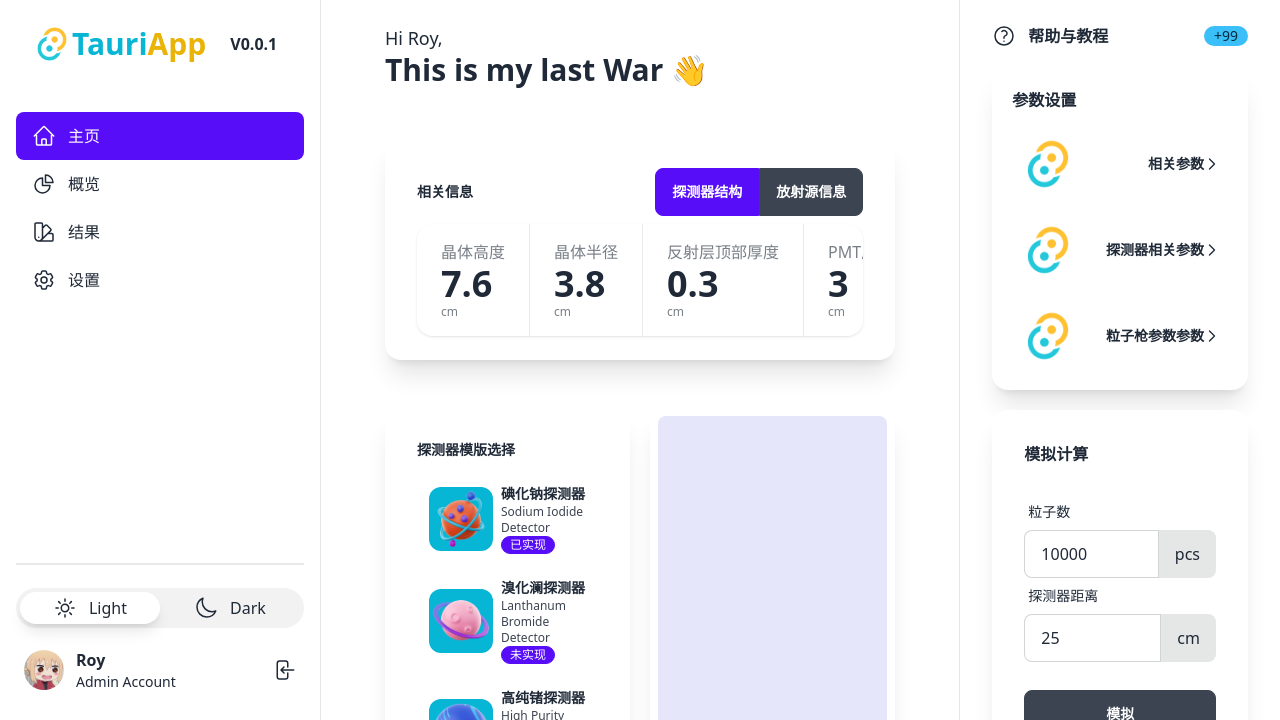
Repository: XMZOVO/tauri-geant4
Page: /
The author's editor kept a copy of each file at every save. The page is drawn from the files as they stood at one save, then again after a run of saves.
The browser window is 1280 px wide. The pictures show the whole page.
The page's requests for data from a server got no answer. An inner scrolling area shows only its first screen. The project was rebuilt for these pictures with package versions that can differ from the ones it lists, and the page was loaded fresh each time. No one was signed in, and anything a server would have sent is missing. Also part of the build but not shown: vite.config.ts.

Above is the page before, as saved 2022-09-11 20:09:07.

### src/main.ts
import { createApp } from "vue";
import App from "./App.vue";
import "./index.css";
import { Router } from "./router";
import { createPinia } from "pinia";

const pinia = createPinia();

createApp(App).use(pinia).use(Router).mount("#app");

### src/router/index.ts
import { createRouter, createWebHistory } from "vue-router";

const routes = [
  {
    path: "",
    component: () => import("../components/MainWindow.vue"),
    children: [
      {
        path: "",
        component: () => import("../components/Home.vue"),
      },
      {
        path: "Setting",
        component: () => import("../components/Setting.vue"),
      },
      {
        path: "Results",
        component: () => import("../components/Results.vue"),
      },
      {
        path: "Overview",
        component: () => import("../components/Overview.vue"),
      },
      // {
      //   path: "Plan",
      //   component: () => import("../components/Plan.vue"),
      // },
    ],
  },
];

export const Router = createRouter({
  scrollBehavior: () => ({ left: 0, top: 0 }),
  history: createWebHistory(),
  routes,
});

### src/components/Home.vue
<script setup lang="ts">
import { ref, onMounted } from "vue";
import { invoke } from "@tauri-apps/api/tauri";
import { useRouter, onBeforeRouteLeave, onBeforeRouteUpdate } from "vue-router";
import path from "path";
import { exit } from "@tauri-apps/api/process";
import { fetch } from "@tauri-apps/api/http";

const router = useRouter();
const greetMsg = ref("");
const name = ref("");
let specFile = ref("");
let JSRootPath = ref("/JsRoot720/");
const btnWait = ref("");
const activeDetector = ref(0);

let detectorSrc = ref(
  JSRootPath.value +
    "index.htm?nobrowser&file=http://localhost:8080/file/G4Backend/build/rootFiles/test.root&item=Default;1&opt=ssao;transp60"
);

const parametersNames = ref([
  { name: "探测器结构", checked: true },
  { name: "放射源信息", checked: false },
]);
const selectedName = ref("钻井液性能");
const detectorProperties = ref([
  { name: "晶体高度", value: 7.6, unit: "cm" },
  { name: "晶体半径", value: 3.8, unit: "cm" },
  { name: "反射层顶部厚度", value: "0.3", unit: "cm" },
  { name: "PMT厚度", value: 3, unit: "cm" },
]);
const radioactiveProperties = ref([
  { name: "放射性同位素", value: "Co60", unit: "" },
  { name: "3", value: 20, unit: "" },
  { name: "4", value: 0.02, unit: "" },
  { name: "5", value: 10, unit: "" },
]);
const detectorList = ref([
  {
    name: "碘化钠探测器",
    percent: 40,
    description: "Sodium Iodide Detector",
    img: "NaI.png",
  },
  {
    name: "溴化澜探测器",
    percent: 100,
    description: "Lanthanum Bromide Detector",
    img: "LB.png",
  },
  {
    name: "高纯锗探测器",
    percent: 60,
    description: "High Purity Germanium Detector",
    img: "HPGe.png",
  },
]);
const paticleParameters = ref([
  { name: "粒子数", value: 10000, unit: "pcs" },
  { name: "探测器距离", value: 25, unit: "cm" },
]);

async function greet() {
  greetMsg.value = await invoke("greet", { name: name.value });
}

onMounted(async () => {});

const parametersInfoChanged = (name: String) => {
  if (name == "探测器结构") {
    parametersNames.value[0].checked = true;
    parametersNames.value[1].checked = false;
  } else {
    parametersNames.value[0].checked = false;
    parametersNames.value[1].checked = true;
  }
};

const executeCalculate = async () => {
  if (paticleParameters.value[0].value > 10000000) {
    alert("粒子数过大");
    return;
  }
  btnWait.value = "loading";
  const response = await fetch("http://localhost:8080/g4", {
    method: "POST",
    query: {
      ch: detectorProperties.value[0].value.toString(),
      cr: detectorProperties.value[1].value.toString(),
      rtt: detectorProperties.value[2].value.toString(),
      num: paticleParameters.value[0].value.toString(),
    },
  }).then((res) => {
    btnWait.value = "";
    router.push({ path: "/Overview" });
  });
};

const refreshDetector = async () => {
  detectorSrc.value = " ";
  await fetch("http://localhost:8080/gdml", {
    method: "GET",
    query: {
      ch: detectorProperties.value[0].value.toString(),
      cr: detectorProperties.value[1].value.toString(),
      rtt: detectorProperties.value[2].value.toString(),
      pmt: detectorProperties.value[3].value.toString(),
    },
  }).then(() => {
    // let iframe: any = document.getElementById("iframe");
    // iframe.contentWindow.location.reload(true);
    detectorSrc.value =
      JSRootPath.value +
      "index.htm?nobrowser&file=http://localhost:8080/file/G4Backend/build/rootFiles/wtest.root&item=Default;1&opt=ssao;transp60";
  });
};

const exitApp = async () => {
  await exit(1);
};
</script>

<template>
  <!-- <div class="card">
    <input id="greet-input" v-model="name" placeholder="Enter a name..." />
    <button type="button" @click="greet()">Greet</button>
  </div>

  <p>{{ greetMsg }}</p> -->

  <div class="flex h-full w-full">
    <div class="w-2/3 space-y-12 border-r border-base-300 py-6 px-16">
      <div class="h-auto">
        <span class="block text-lg font-normal">Hi Roy,</span>
        <span class="block text-3xl font-bold"
          >This is my last War &#128075;</span
        >
      </div>
      <div class="card h-2/6 w-full shadow-xl">
        <div class="card-body justify-between">
          <div class="flex justify-between">
            <p class="card-title text-sm">相关信息</p>
            <!-- 选择框 -->
            <!-- <div class="form-control w-1/3 max-w-xs">
              <select
                class="select select-bordered focus:outline-none"
                @change="parametersInfoChanged($event)"
              >
                <option v-for="item in parametersNames">{{ item }}</option>
              </select>
            </div> -->
            <div class="btn-group">
              <input
                v-for="item in parametersNames"
                type="radio"
                name="options"
                :data-title="item.name"
                class="btn"
                :checked="item.checked"
                @change="parametersInfoChanged(item.name)"
              />
            </div>
          </div>
          <!-- 统计信息 -->
          <div
            class="stats stats-vertical overflow-hidden shadow lg:stats-horizontal"
          >
            <div
              class="stat"
              v-if="parametersNames[0].checked"
              v-for="item in detectorProperties"
            >
              <div class="stat-title">{{ item.name }}</div>
              <div class="stat-value">{{ item.value }}</div>
              <div class="stat-desc">{{ item.unit }}</div>
            </div>
            <div
              class="stat"
              v-if="parametersNames[1].checked"
              v-for="item in radioactiveProperties"
            >
              <div class="stat-title">{{ item.name }}</div>
              <div class="stat-value">{{ item.value }}</div>
              <div class="stat-desc">{{ item.unit }}</div>
            </div>
          </div>
        </div>
      </div>
      <!-- 底部双卡片 -->
      <div class="flex h-3/6 space-x-5">
        <!-- 1 -->
        <div class="card w-1/2 bg-base-100 shadow-xl">
          <div class="card-body gap-3">
            <p class="text-sm font-semibold">探测器模版选择</p>
            <!-- item -->
            <div class="flex h-full flex-col justify-between">
              <div
                v-for="(item, index) in detectorList"
                class="flex cursor-pointer items-center justify-between rounded-xl py-3 px-3 hover:bg-base-300"
              >
                <div class="flex items-center gap-2">
                  <img
                    :src="`/src/assets/${item.img}`"
                    class="h-16 w-16 rounded-xl bg-cyan-500 p-1"
                  />
                  <div class="flex flex-col">
                    <p class="text-sm font-semibold">{{ item.name }}</p>
                    <p class="text-xs text-neutral">
                      {{ item.description }}
                    </p>
                    <div class="badge badge-primary badge-xs p-2">
                      {{ index == 0 ? "已实现" : "未实现" }}
                    </div>
                  </div>
                </div>
                <!-- <div
                  class="radial-progress text-xs text-primary"
                  :style="
                    '--value: ' +
                    item.percent +
                    '; --size: 3.5rem; --thickness: 6px'
                  "
                >
                  {{ item.percent }}%
                </div> -->
              </div>
            </div>
            <btn class="btn rounded-xl"> 更多模版</btn>
          </div>
        </div>
        <!-- 2 -->
        <div class="card w-1/2 bg-base-100 shadow-xl">
          <div class="card-body p-2">
            <iframe
              :src="detectorSrc"
              frameborder="0"
              class="h-full w-full rounded-lg"
            ></iframe>
            <!-- <div class="h-full w-full bg-black" id="drawing"></div> -->
          </div>
        </div>
      </div>
    </div>

    <!-- 右侧 -->
    <div class="w-1/3 flex-col space-y-5 px-8 pt-6">
      <!-- 帮助 -->
      <div class="flex items-center justify-between">
        <div class="flex items-center space-x-3">
          <svg
            xmlns="http://www.w3.org/2000/svg"
            fill="none"
            viewBox="0 0 24 24"
            stroke-width="1.5"
            stroke="currentColor"
            class="h-6 w-6"
          >
            <path
              stroke-linecap="round"
              stroke-linejoin="round"
              d="M9.879 7.519c1.171-1.025 3.071-1.025 4.242 0 1.172 1.025 1.172 2.687 0 3.712-.203.179-.43.326-.67.442-.745.361-1.45.999-1.45 1.827v.75M21 12a9 9 0 11-18 0 9 9 0 0118 0zm-9 5.25h.008v.008H12v-.008z"
            />
          </svg>
          <label class="font-bold">帮助与教程</label>
        </div>
        <div class="badge badge-info">+99</div>
      </div>
      <!-- 帮助 -->
      <!-- 卡1 -->
      <div class="flex space-x-5">
        <div class="card w-full overflow-visible bg-base-100 shadow-xl">
          <div class="card-body p-5">
            <div class="flex-col space-y-5">
              <p class="text-md font-bold">参数设置</p>

              <!-- 溢流物 -->
              <div class="dropdown-left dropdown w-full">
                <div
                  tabindex="0"
                  class="flex items-center justify-between rounded-xl px-2 py-1 duration-300 hover:cursor-pointer hover:bg-primary hover:text-base-100"
                >
                  <img src="../assets/icon.png" class="h-14 w-14 rounded-xl" />
                  <div class="flex items-center">
                    <p class="text-sm font-bold">相关参数</p>
                    <svg
                      xmlns="http://www.w3.org/2000/svg"
                      fill="none"
                      viewBox="0 0 24 24"
                      stroke-width="2"
                      stroke="currentColor"
                      class="h-4 w-4"
                    >
                      <path
                        stroke-linecap="round"
                        stroke-linejoin="round"
                        d="M8.25 4.5l7.5 7.5-7.5 7.5"
                      />
                    </svg>
                  </div>
                </div>
                <!-- 浮动窗口 -->
                <div
                  tabindex="0"
                  class="card dropdown-content rounded-box w-full bg-base-100 shadow"
                >
                  <div class="card-body space-y-3">
                    <p class="font-bold">设置相关参数</p>
                  </div>
                </div>
              </div>
              <!-- 溢流物 -->
              <!-- 钻井液 -->
              <div class="dropdown-left dropdown w-full">
                <div
                  tabindex="0"
                  class="flex items-center justify-between rounded-xl px-2 py-1 duration-300 hover:cursor-pointer hover:bg-primary hover:text-base-100"
                >
                  <img src="../assets/icon.png" class="h-14 w-14 rounded-xl" />
                  <div class="flex items-center">
                    <p class="text-sm font-bold">探测器相关参数</p>
                    <svg
                      xmlns="http://www.w3.org/2000/svg"
                      fill="none"
                      viewBox="0 0 24 24"
                      stroke-width="2"
                      stroke="currentColor"
                      class="h-4 w-4"
                    >
                      <path
                        stroke-linecap="round"
                        stroke-linejoin="round"
                        d="M8.25 4.5l7.5 7.5-7.5 7.5"
                      />
                    </svg>
                  </div>
                </div>
                <!-- 浮动窗口 -->
                <div
                  tabindex="0"
                  class="card dropdown-content rounded-box w-96 bg-base-100 shadow"
                >
                  <div class="card-body space-y-1">
                    <div class="flex items-center">
                      <p class="font-bold">
                        设置{{
                          activeDetector == 0 ? "碘化钠" : "高纯锗"
                        }}探测器参数
                      </p>
                      <button class="btn btn-xs" @click="refreshDetector">
                        刷新探测器模型
                      </button>
                    </div>
                    <div
                      v-for="item in detectorProperties"
                      class="form-control"
                    >
                      <label class="label">
                        <span class="label-text">{{ item.name }}</span>
                      </label>
                      <label class="input-group">
                        <input
                          type="text"
                          v-model="item.value"
                          class="input input-bordered w-3/4 focus:outline-none"
                        />
                        <span class="w-1/4">{{ item.unit }}</span>
                      </label>
                    </div>
                  </div>
                </div>
              </div>
              <!-- 钻井液 -->
              <!-- 节流压 -->
              <div class="dropdown-left dropdown w-full">
                <div
                  tabindex="0"
                  class="flex items-center justify-between rounded-xl px-2 py-1 duration-300 hover:cursor-pointer hover:bg-primary hover:text-base-100"
                >
                  <img src="../assets/icon.png" class="h-14 w-14 rounded-xl" />
                  <div class="flex items-center">
                    <p class="text-sm font-bold">粒子枪参数参数</p>
                    <svg
                      xmlns="http://www.w3.org/2000/svg"
                      fill="none"
                      viewBox="0 0 24 24"
                      stroke-width="2"
                      stroke="currentColor"
                      class="h-4 w-4"
                    >
                      <path
                        stroke-linecap="round"
                        stroke-linejoin="round"
                        d="M8.25 4.5l7.5 7.5-7.5 7.5"
                      />
                    </svg>
                  </div>
                </div>
                <!-- 浮动窗口 -->
                <div
                  tabindex="0"
                  class="card dropdown-content rounded-box w-96 bg-base-100 shadow"
                >
                  <div class="card-body space-y-3">
                    <p class="font-bold">设置粒子枪参数</p>
                    <div
                      v-for="item in radioactiveProperties"
                      class="form-control"
                    >
                      <label class="label">
                        <span class="label-text">{{ item.name }}</span>
                      </label>
                      <label class="input-group">
                        <input
                          type="text"
                          v-model="item.value"
                          class="input input-bordered w-3/4 focus:outline-none"
                        />
                        <span class="w-1/4">{{ item.unit }}</span>
                      </label>
                    </div>
                  </div>
                </div>
              </div>
              <!-- 节流压 -->
            </div>
          </div>
        </div>
      </div>
      <!-- 卡2 -->
      <div class="flex space-x-5">
        <div class="card w-full bg-base-100 shadow-xl">
          <div class="card-body space-y-5">
            <p class="text-md font-bold">模拟计算</p>
            <div>
              <div v-for="item in paticleParameters" class="form-control">
                <label class="label">
                  <span class="label-text">{{ item.name }}</span>
                </label>
                <label class="input-group">
                  <input
                    type="text"
                    placeholder="0.01"
                    v-model="item.value"
                    class="input input-bordered w-full focus:outline-none"
                  />
                  <span>{{ item.unit }}</span>
                </label>
              </div>
            </div>
            <!-- 计算 -->
            <button :class="'btn w-full ' + btnWait" @click="executeCalculate">
              模拟
            </button>
          </div>
        </div>
      </div>
    </div>
  </div>
</template>

<style scoped></style>

Loaded but not shown: index.html (common file); src/App.vue (common file); src/index.css (common file); tailwind.config.cjs (common file); public/JsRoot720/modules/d3.mjs (library); public/JsRoot720/modules/gui/HierarchyPainter.mjs (library); public/JsRoot720/modules/io.mjs (3859 lines, source omitted); public/JsRoot720/modules/gpad/TFramePainter.mjs (2781 lines, source omitted); public/JsRoot720/modules/gpad/TPadPainter.mjs (2078 lines, source omitted); public/JsRoot720/modules/gui/menu.mjs (1573 lines, source omitted); public/JsRoot720/modules/core.mjs (1681 lines, source omitted); public/JsRoot720/modules/gui/display.mjs (1711 lines, source omitted); public/JsRoot720/modules/base/ObjectPainter.mjs (1608 lines, source omitted); public/JsRoot720/modules/base/math.mjs (2061 lines, source omitted); public/JsRoot720/modules/gpad/TAxisPainter.mjs (1330 lines, source omitted); public/JsRoot720/modules/hist/TPavePainter.mjs (1257 lines, source omitted); public/JsRoot720/modules/base/latex.mjs (1324 lines, source omitted); public/JsRoot720/modules/draw.mjs (618 lines, source omitted); public/JsRoot720/modules/gui/utils.mjs (511 lines, source omitted); public/JsRoot720/modules/gpad/TCanvasPainter.mjs (756 lines, source omitted); public/JsRoot720/modules/base/BasePainter.mjs (670 lines, source omitted); public/JsRoot720/modules/base/TAttFillHandler.mjs (343 lines, source omitted); public/JsRoot720/modules/base/TAttMarkerHandler.mjs (292 lines, source omitted); public/JsRoot720/modules/gui.mjs (206 lines, source omitted); public/JsRoot720/modules/base/colors.mjs (172 lines, source omitted); public/JsRoot720/modules/base/TAttLineHandler.mjs (166 lines, source omitted); public/JsRoot720/modules/base/FontHandler.mjs (139 lines, source omitted); src/components/MainWindow.vue (303 lines, source omitted)

After the next 2 saves:
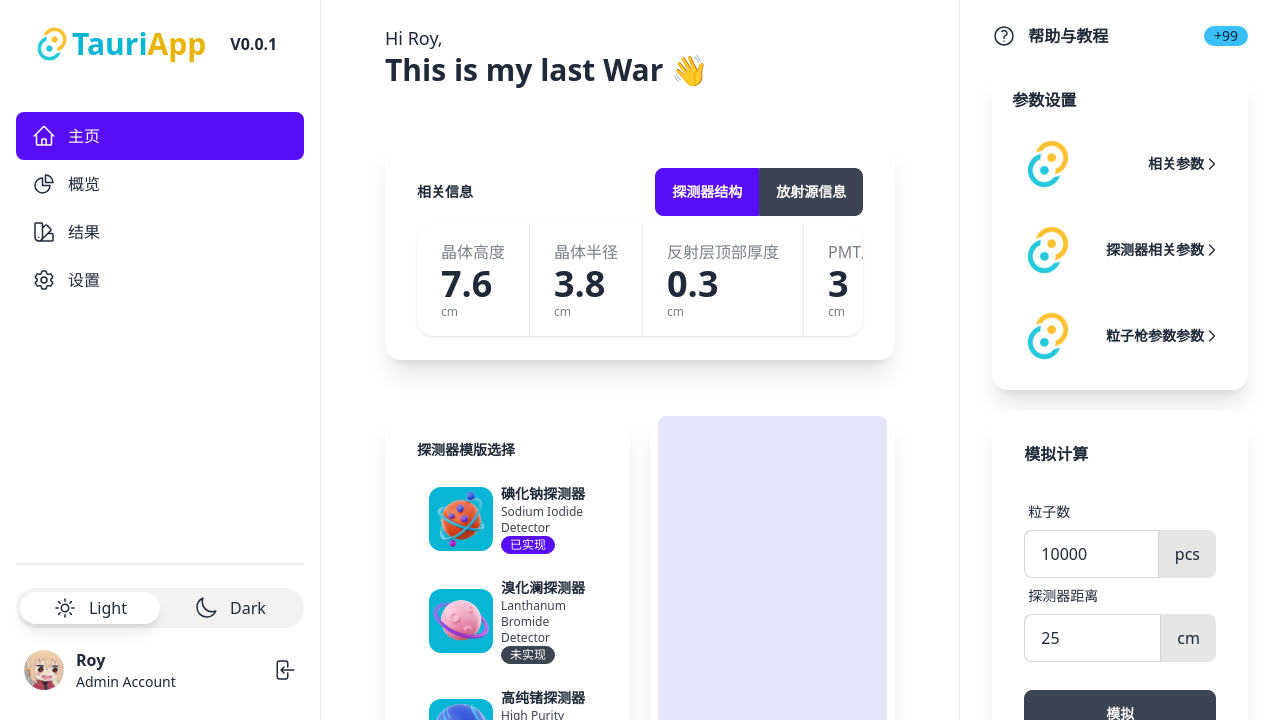
The 2 saves are shown as one change because 1 did not build or start.
The last was saved 91 s later.
--- a/src/components/Home.vue
+++ b/src/components/Home.vue
@@ -209,7 +209,10 @@ const exitApp = async () => {
                     <p class="text-xs text-neutral">
                       {{ item.description }}
                     </p>
-                    <div class="badge badge-primary badge-xs p-2">
+                    <div
+                      class="badge badge-xs p-2"
+                      :class="{ [` badge-primary`]: index == 0 }"
+                    >
                       {{ index == 0 ? "已实现" : "未实现" }}
                     </div>
                   </div>
